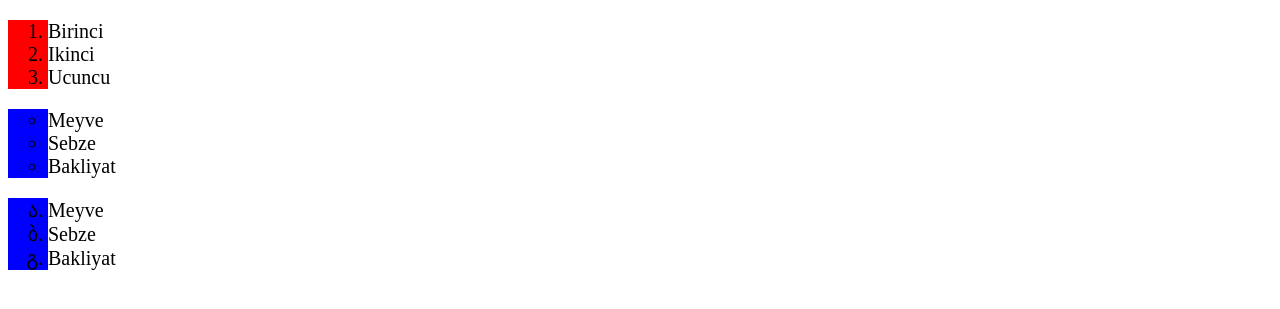
Repository: Kubraaygun/Html_Css_Login
Page: index.html
An editor plug-in stored every save of this project. The page is shown before and after the next save, followed by the edit.
The browser window is 1280 px wide. The pictures show the whole page.

Above is the page before, as saved 2025-03-05 17:13:30.

After the next save:
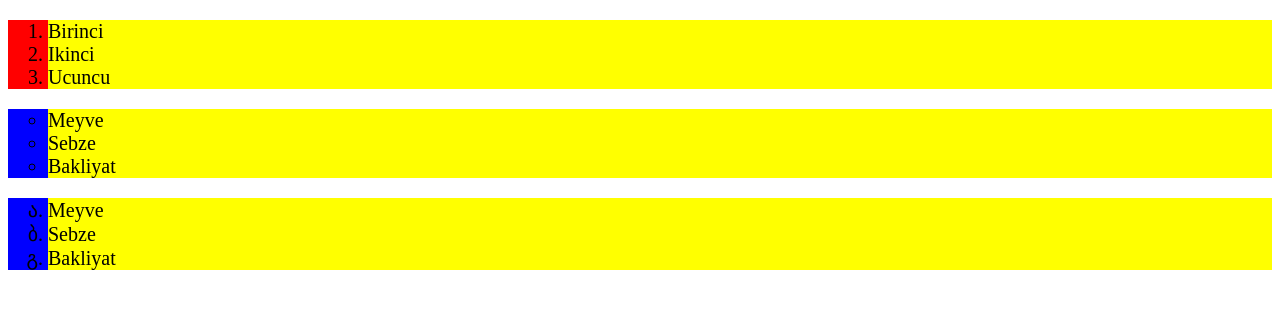
Saved 5 s later.
--- a/style.css
+++ b/style.css
@@ -19,5 +19,5 @@ ul {
   background-color: blue;
 }
 li {
-  background-color: white;
+  background-color: yellow;
 }
